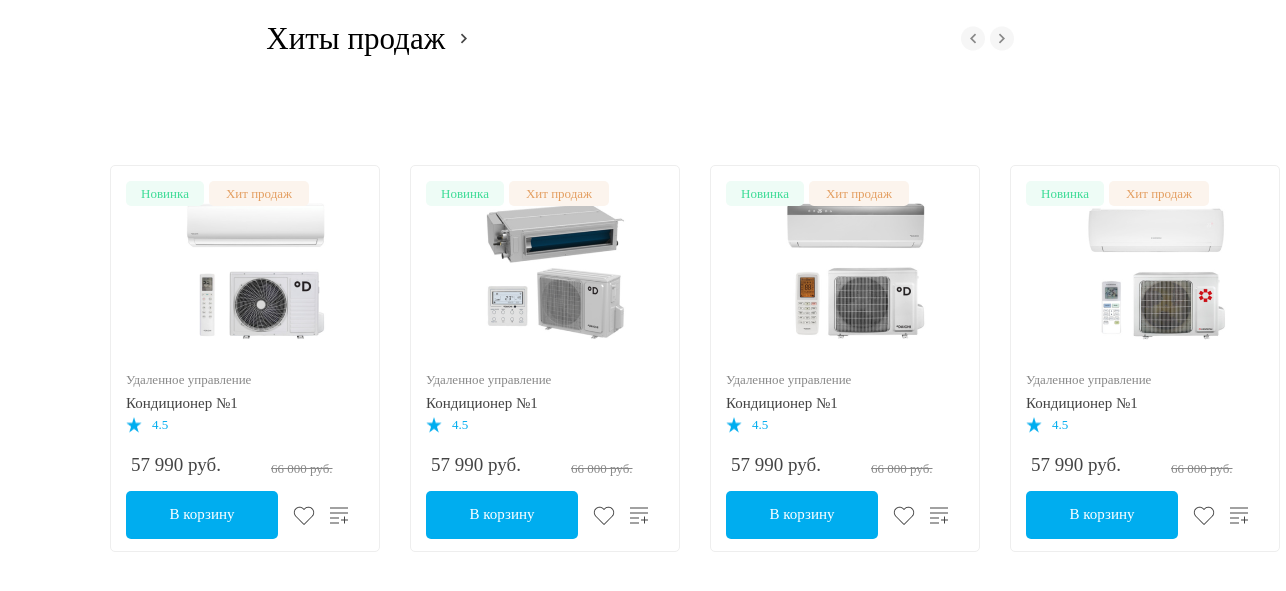
Repository: NikaMana/us
Page: index.html
These files come from the project's save history. The page is drawn as it stood at one moment and after the next save; the edit follows.
The browser window is 1280 px wide. The page is 1286 px wide, so the pictures cover 1286 px, including what lies to the right of the window. The pictures show the whole page.

Above is the page before, as saved 2021-09-15 17:07:35.

After the next save:
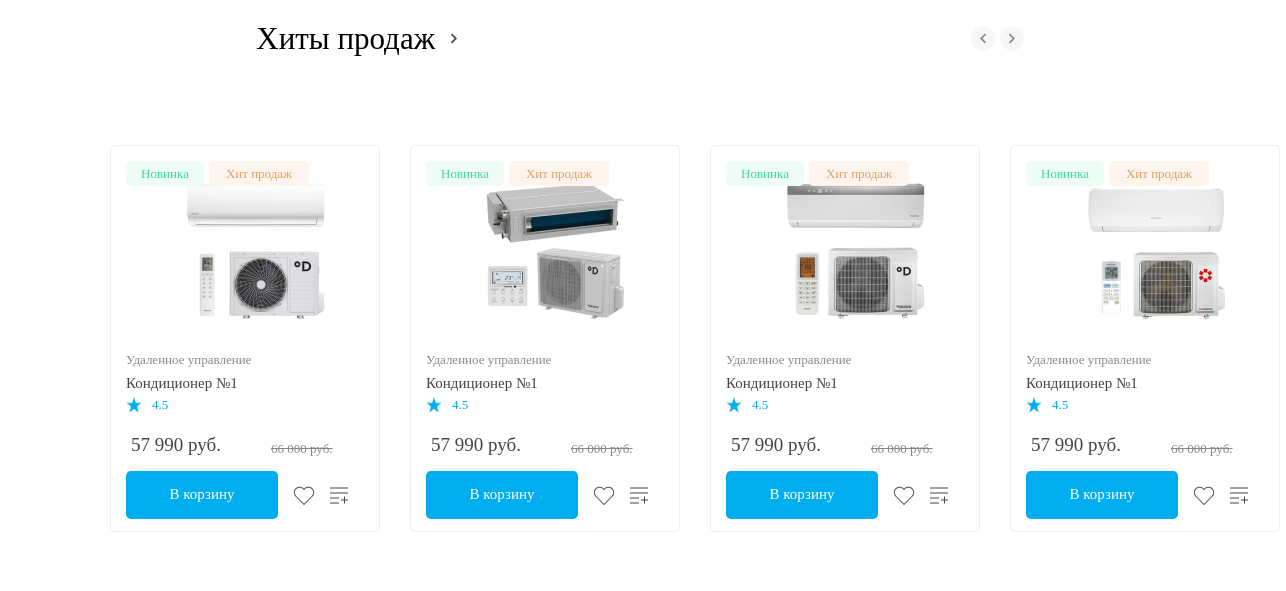
Saved 12 s later.
--- a/styles.css
+++ b/styles.css
@@ -22,7 +22,7 @@ h1, h2,h3,h4,h5{
   flex-wrap: wrap;
   align-content: center;
   justify-content: space-between;
-  margin: 20px;
+  margin-top: 20px;
 }
 .welcome__left{
   display: flex;
